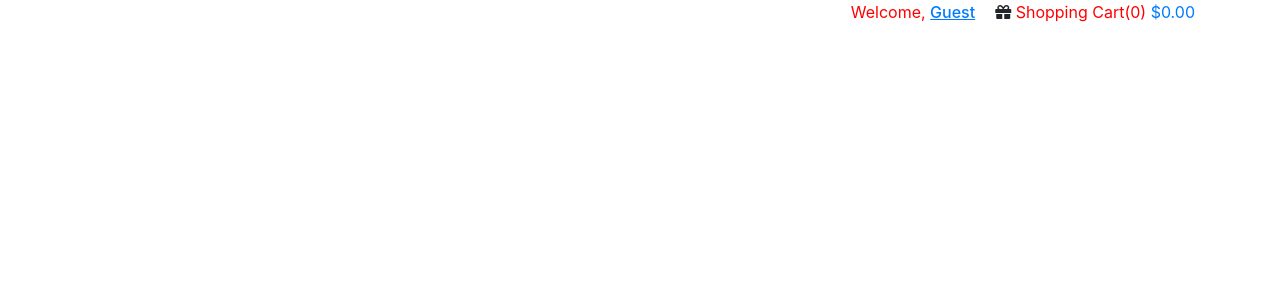
Repository: phunobi1807/BestSeller
Page: index.html
These files come from the project's save history. The page is drawn as it stood at one moment and after a run of saves; the edit follows.
The browser window is 1280 px wide. The pictures show the whole page.

Above is the page before, as saved 2021-06-28 21:59:31.

### index.html
<!DOCTYPE html>
<html lang="en">
<head>
    <meta charset="UTF-8">
    <meta http-equiv="X-UA-Compatible" content="IE=edge">
    <meta name="viewport" content="width=device-width, initial-scale=1.0">
    <title>BestSeller</title>
    <link rel="stylesheet" href="./css/style.css">
</head>
<body>
    <header id="header">
        <div class="container">
            <div class="top-header">
                <div class="top-nav">
                    <p class="top-nav__text">Welcome, <a href="#" class="top-nav__text-link">Guest</a></p>
                    <div class="top-nav__shopping-cart">
                        <i class="fas fa-gift"></i>
                        <span class="top-nav__cart">Shopping Cart(0) <a href="#">$0.00</a></span>
                    </div>
                </div>
            </div>
        </div>
    </header>
    <div id="content">

    </div>
<link rel="stylesheet" href="https://use.fontawesome.com/releases/v5.15.3/css/all.css" integrity="sha384-SZXxX4whJ79/gErwcOYf+zWLeJdY/qpuqC4cAa9rOGUstPomtqpuNWT9wdPEn2fk" crossorigin="anonymous">
<link rel="stylesheet" href="https://maxcdn.bootstrapcdn.com/bootstrap/4.5.2/css/bootstrap.min.css">
<script src="https://ajax.googleapis.com/ajax/libs/jquery/3.5.1/jquery.min.js"></script>
<script src="https://cdnjs.cloudflare.com/ajax/libs/popper.js/1.16.0/umd/popper.min.js"></script>
<script src="https://maxcdn.bootstrapcdn.com/bootstrap/4.5.2/js/bootstrap.min.js"></script>
</body>
</html>

### css/style.css
@import url(https://fonts.googleapis.com/css2?family=Roboto:wght@100;200;300;400;500;600;800;900&display=swap);
* {
    box-sizing: inherit;
}

html {
    box-sizing: border-box;
    margin: 0;
    font-family: 'Roboto', sans-serif;
}

.top-nav {
    display: flex;
    justify-content: flex-end;
}

.top-nav__text {
    padding: 0 20px;
}

.top-nav__text-link {
    font-weight: 500;
    text-decoration: underline;
}

.top-nav__text, .top-nav__cart {
    color: red;
}

After the next 2 saves:
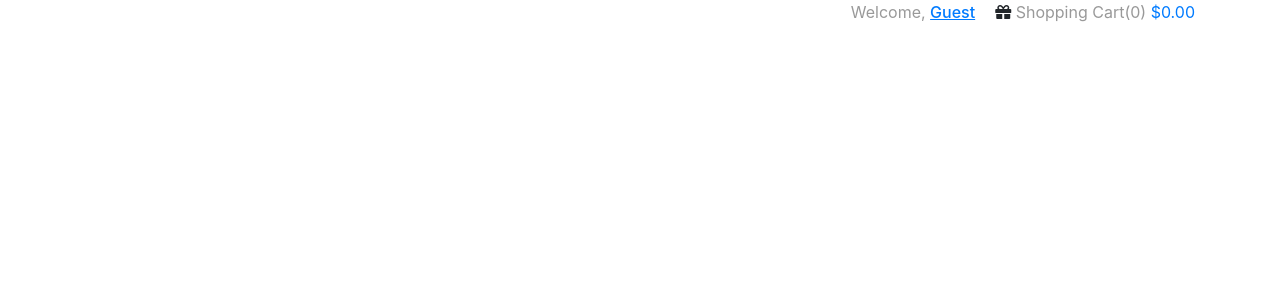
The 2 saves are shown as one change because they came seconds apart.
The last was saved 30 s later.
--- a/css/style.css
+++ b/css/style.css
@@ -24,5 +24,5 @@ html {
 }
 
 .top-nav__text, .top-nav__cart {
-    color: red;
+    color: #999;
 }
